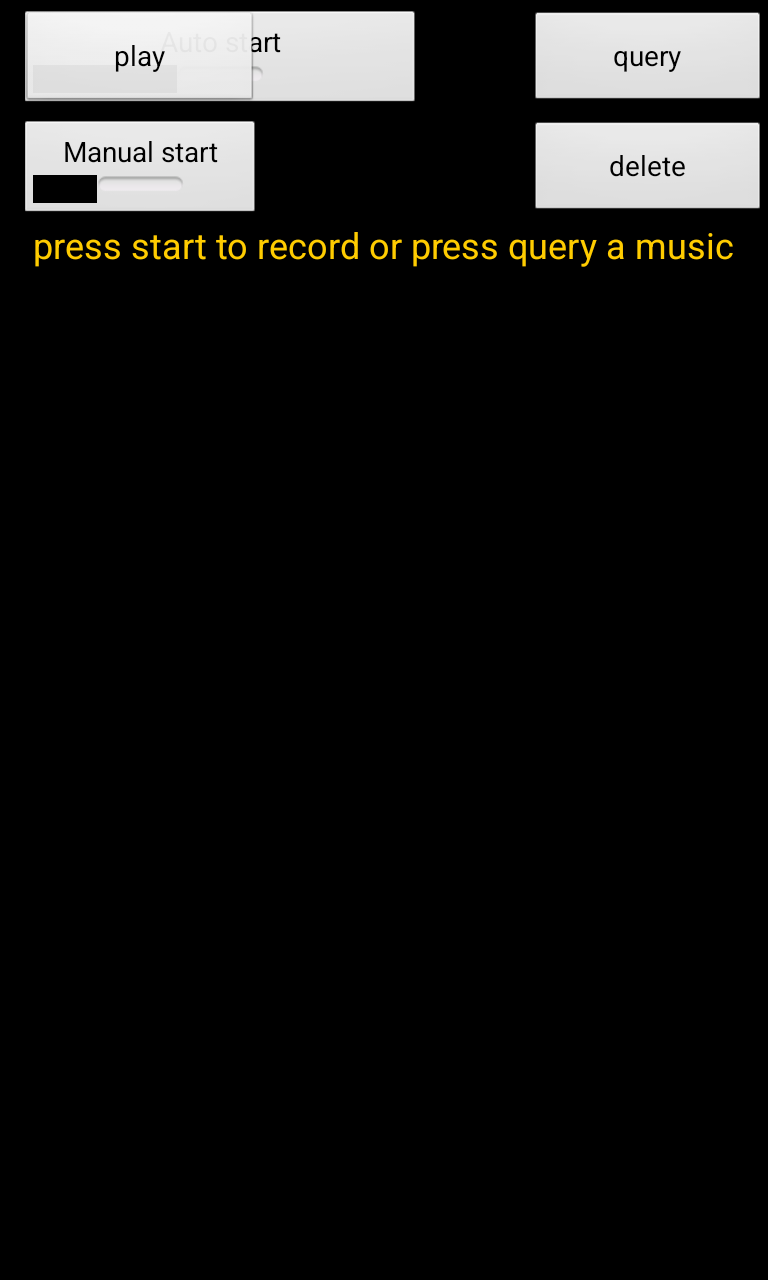
Repository: FreyrChen/tucan_Linux_practice
Layout: 4_Android_program/MusicIdentify/res/layout/activity_main.xml
These files come from the project's save history. The layout is drawn as it stood at one moment and after the next save; the edit follows.
It is drawn on a 768 x 1280 px phone screen (xhdpi) without system bars, with theme AppTheme; the app's code is not run. Lists and similar views that code fills are empty.

Above is the layout before, as saved 2013-06-09 08:18:39.

### 4_Android_program/MusicIdentify/res/layout/activity_main.xml
<RelativeLayout xmlns:android="http://schemas.android.com/apk/res/android"
    xmlns:tools="http://schemas.android.com/tools"
    android:layout_width="match_parent"
    android:layout_height="match_parent"
    android:background="#000000"
    tools:context=".MainActivity" >

    <ToggleButton
		android:id="@+id/auto_record_button"
		android:textOn="@string/stop"
		android:textOff="@string/auto_start"
	 	android:layout_width="200dp"
	 	android:layout_height="50dp"
	    android:layout_marginTop="5dp"
	    android:layout_marginLeft="10dp"
 	/>

     <ToggleButton
		android:id="@+id/manual_record_button"
		android:textOn="@string/stop"
		android:textOff="@string/manual_start"
	 	android:layout_width="120dp"
	 	android:layout_height="50dp"
	    android:layout_alignParentLeft="true"
	    android:layout_marginTop="5dp"
	    android:layout_marginLeft="10dp"
	    android:layout_below="@+id/auto_record_button"
 	/>

    <Button
	 	android:id="@+id/query_button"
	 	android:layout_width="120dp"
	 	android:layout_height="50dp"
	 	android:text="@string/query"
	    android:layout_marginTop="5dp"
	    android:layout_marginLeft="10dp"
	    android:layout_alignParentRight="true"
 	/>

    <Button
	 	android:id="@+id/play_button"
		android:text="@string/play"
	 	android:layout_width="120dp"
	 	android:layout_height="50dp"
	    android:layout_alignParentLeft="true"
	    android:layout_marginTop="5dp"
	    android:layout_marginLeft="10dp"
	    android:layout_below="@+id/start_button"
 	/>


    <Button
	 	android:id="@+id/delete_button"
	 	android:layout_width="120dp"
	 	android:layout_height="50dp"
	 	android:text="@string/delete"
	    android:layout_marginTop="5dp"
	    android:layout_marginLeft="10dp"
	    android:layout_alignParentRight="true"
	    android:layout_below="@+id/query_button"
 	/>

    <TextView
        android:id="@+id/info_text"
        android:layout_width="wrap_content"
        android:layout_height="wrap_content"
        android:layout_centerHorizontal="true"
        android:textSize="18sp"
        android:text="@string/init_text"
        android:background="#00FF0000"
	    android:textColor="#FFCC00"
	    android:layout_below="@+id/delete_button"
    />

	<ListView
        android:id="@+id/music_List"
        android:layout_width="wrap_content"
        android:layout_height="wrap_content"
        android:layout_centerHorizontal="true"
        android:background="#00FF0000"
	    android:textColor="#FF0000"
	    android:layout_below="@+id/info_text"
    />



</RelativeLayout>

### 4_Android_program/MusicIdentify/res/values/strings.xml
<?xml version="1.0" encoding="utf-8"?>
<resources>

    <string name="app_name">MusicIdentify</string>
    <string name="init_text">press start to record or press query a music</string>
    <string name="menu_settings">Settings</string>
    <string name="start">start</string>
    <string name="stop">stop</string>
    <string name="play">play</string>
    <string name="query">query</string>
    <string name="delete">delete</string>
    <string name="manual_start">Manual start</string>
    <string name="auto_start">Auto start</string>


</resources>

Loaded but not shown: 4_Android_program/MusicIdentify/res/values/styles.xml (common file)

After the next save:
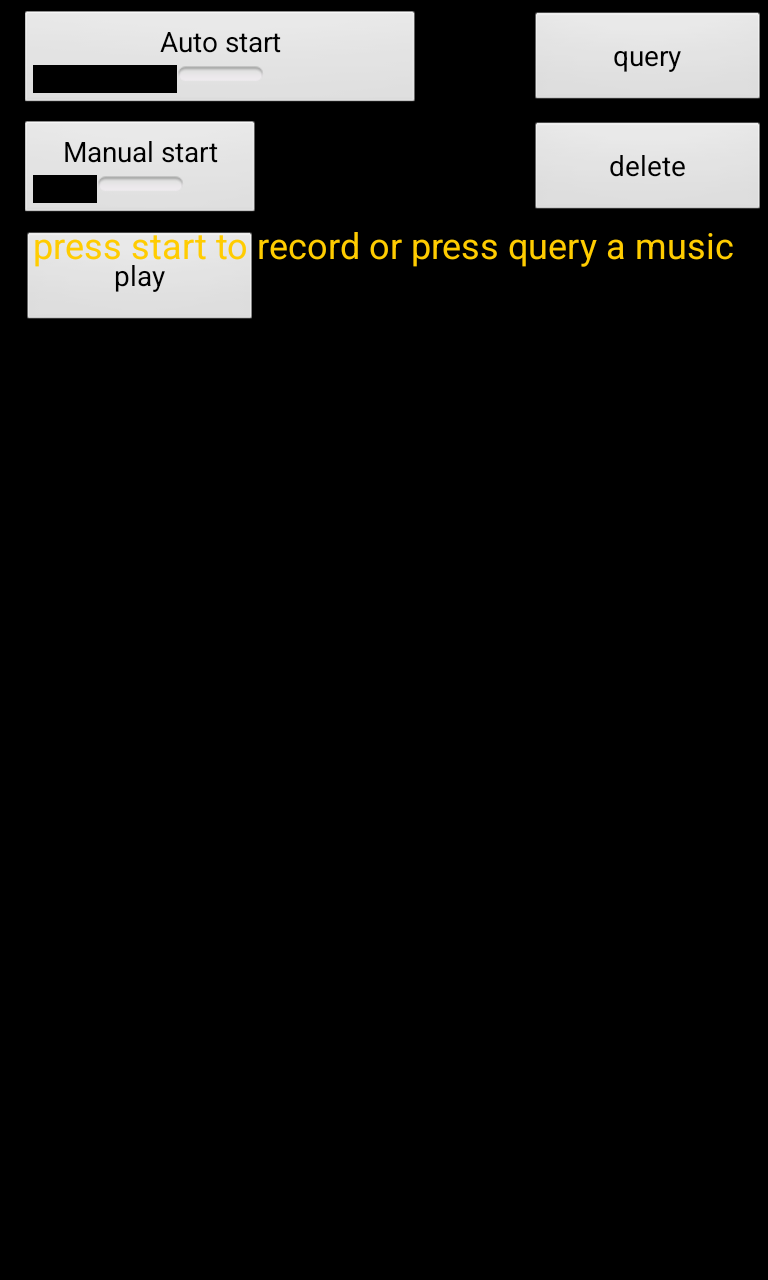
Saved 6 s later.
--- a/4_Android_program/MusicIdentify/res/layout/activity_main.xml
+++ b/4_Android_program/MusicIdentify/res/layout/activity_main.xml
@@ -45,7 +45,7 @@
 	    android:layout_alignParentLeft="true"
 	    android:layout_marginTop="5dp"
 	    android:layout_marginLeft="10dp"
-	    android:layout_below="@+id/start_button"
+	    android:layout_below="@+id/manual_record_button"
  	/>
 
 
